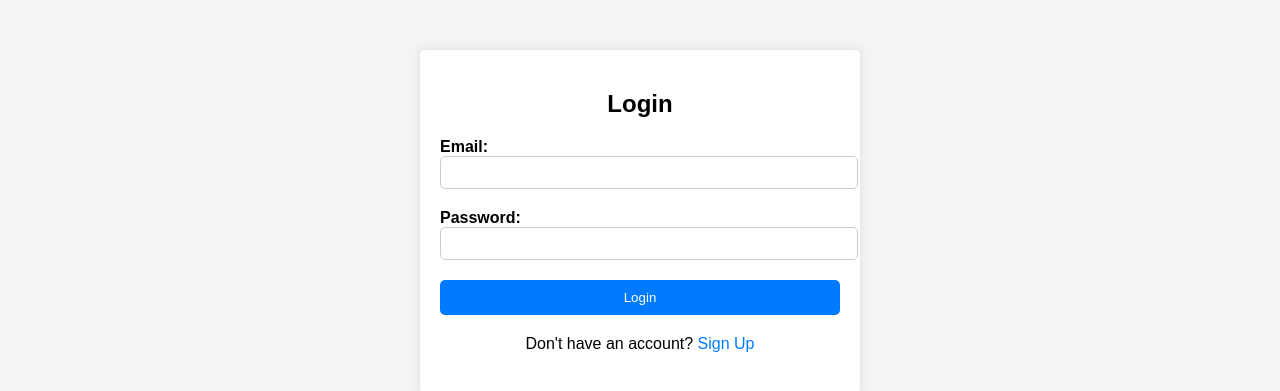
Repository: iDevVikram/login-signup-authentication-using-servlet
Page: signin-signup-demo/WebContent/login.html
The author's editor kept a copy of each file at every save. The page is drawn from the files as they stood at one save, then again after the next save.
The browser window is 1280 px wide. The pictures show the whole page.

Above is the page before, as saved 2024-03-04 18:14:53.

### signin-signup-demo/WebContent/login.html
<!DOCTYPE html>
<html lang="en">
<head>
<meta charset="UTF-8">
<meta name="viewport" content="width=device-width, initial-scale=1.0">
<title>Login & SignUp Form</title>
<link href="CSS/style.css" rel="stylesheet" type="text/css">
</head>
<body>

<div class="container">
    <h2>Login</h2>
    <form id="loginForm">
        <div class="form-group">
            <label for="loginEmail">Email:</label>
            <input type="email" id="loginEmail" name="loginEmail" required>
        </div>
        <div class="form-group">
            <label for="loginPassword">Password:</label>
            <input type="password" id="loginPassword" name="loginPassword" required>
        </div>
        <div class="form-group">
            <button type="submit">Login</button>
        </div>
        <div class="form-group text-center">
            <span>Don't have an account? <a href="Signup.html" id="showSignupForm">Sign Up</a></span>
        </div>
    </form>
</div>
</body>
</html>

### signin-signup-demo/WebContent/CSS/style.css
body {
        font-family: Arial, sans-serif;
        margin: 0;
        padding: 0;
        background-color: #f4f4f4;
    }

    .container {
        max-width: 400px;
        margin: 50px auto;
        background: #fff;
        padding: 20px;
        border-radius: 5px;
        box-shadow: 0 0 10px rgba(0, 0, 0, 0.1);
    }
   h1 {
        text-align: center;
        margin-bottom: 30px;
    }

    p {
        margin-bottom: 20px;
    }

    .btn {
        display: inline-block;
        padding: 10px 20px;
        background-color: #007bff;
        color: #fff;
        text-decoration: none;
        border-radius: 5px;
    }

    .btn:hover {
        background-color: #0056b3;
    }
    h2 {
        text-align: center;
    }

    .form-group {
        margin-bottom: 20px;
    }

    .form-group label {
        display: block;
        font-weight: bold;
    }

    .form-group input {
        width: 100%;
        padding: 8px;
        border: 1px solid #ccc;
        border-radius: 5px;
    }

    .form-group button {
        width: 100%;
        padding: 10px;
        background-color: #007bff;
        color: #fff;
        border: none;
        border-radius: 5px;
        cursor: pointer;
    }

    .form-group button:hover {
        background-color: #0056b3;
    }

    .form-group.text-center {
        text-align: center;
    }

    .form-group.text-center a {
        color: #007bff;
        text-decoration: none;
    }

    .form-group.text-center a:hover {
        text-decoration: underline;
    }

After the next save:
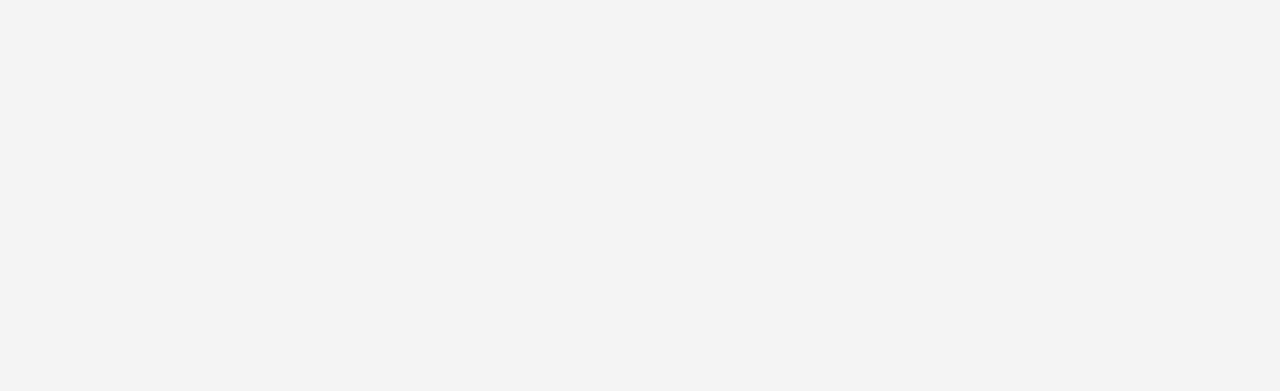
Saved 19 s later.
--- a/signin-signup-demo/WebContent/login.html
+++ b/signin-signup-demo/WebContent/login.html
@@ -8,24 +8,6 @@
 </head>
 <body>
 
-<div class="container">
-    <h2>Login</h2>
-    <form id="loginForm">
-        <div class="form-group">
-            <label for="loginEmail">Email:</label>
-            <input type="email" id="loginEmail" name="loginEmail" required>
-        </div>
-        <div class="form-group">
-            <label for="loginPassword">Password:</label>
-            <input type="password" id="loginPassword" name="loginPassword" required>
-        </div>
-        <div class="form-group">
-            <button type="submit">Login</button>
-        </div>
-        <div class="form-group text-center">
-            <span>Don't have an account? <a href="Signup.html" id="showSignupForm">Sign Up</a></span>
-        </div>
-    </form>
-</div>
+
 </body>
 </html>

After the save that followed:
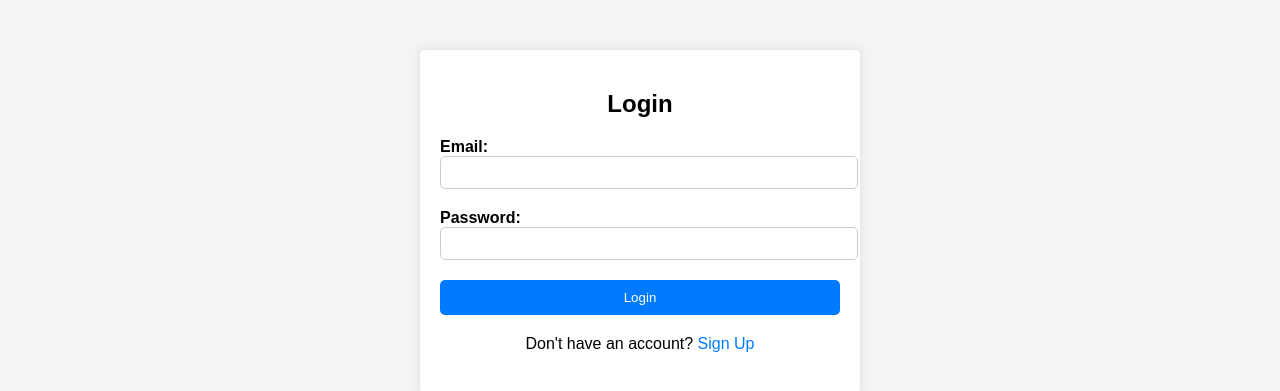
Saved 11 s later.
--- a/signin-signup-demo/WebContent/login.html
+++ b/signin-signup-demo/WebContent/login.html
@@ -8,6 +8,24 @@
 </head>
 <body>
 
-
+<div class="container">
+    <h2>Login</h2>
+    <form id="loginForm">
+        <div class="form-group">
+            <label for="loginEmail">Email:</label>
+            <input type="email" id="loginEmail" name="loginEmail" required>
+        </div>
+        <div class="form-group">
+            <label for="loginPassword">Password:</label>
+            <input type="password" id="loginPassword" name="loginPassword" required>
+        </div>
+        <div class="form-group">
+            <button type="submit">Login</button>
+        </div>
+        <div class="form-group text-center">
+            <span>Don't have an account? <a href="Signup.html" id="showSignupForm">Sign Up</a></span>
+        </div>
+    </form>
+</div>
 </body>
 </html>
